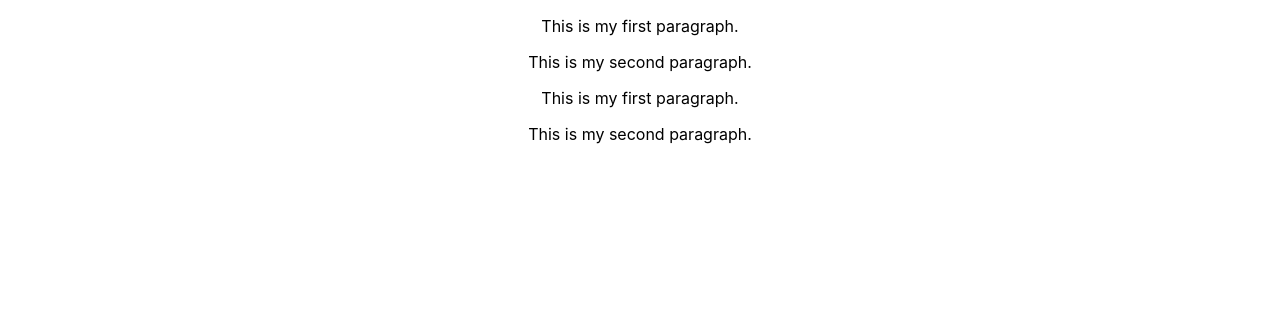
Repository: AidanHak/udemy-react-guide
Page: / (app in base-syntax--assignment-problem/)
These files come from the project's save history. The page is drawn as it stood at one moment and after the next save; the edit follows.
The browser window is 1280 px wide. The pictures show the whole page.
The project was rebuilt for these pictures with package versions that can differ from the ones it lists, and the page was loaded fresh each time.

Above is the page before, as saved 2020-12-17 19:13:44.

After the next save:
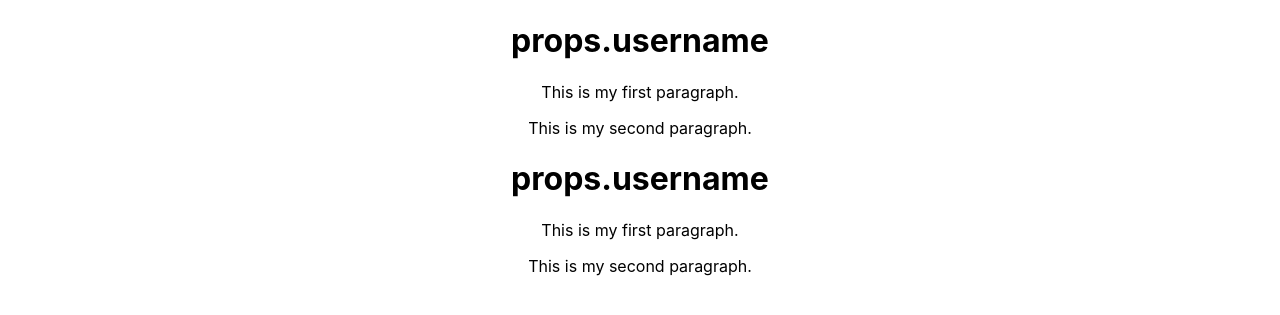
Saved 1 s later.
--- a/base-syntax--assignment-problem/src/UserOutput/UserOutput.js
+++ b/base-syntax--assignment-problem/src/UserOutput/UserOutput.js
@@ -1,8 +1,9 @@
 import React from 'react';
 
-const UserOutput = () => {
+const UserOutput = (props) => {
 	return (
 		<div className="UserOutput">
+			<h1>props.username</h1>
 			<p>This is my first paragraph.</p>
 			<p>This is my second paragraph.</p>
 		</div>
